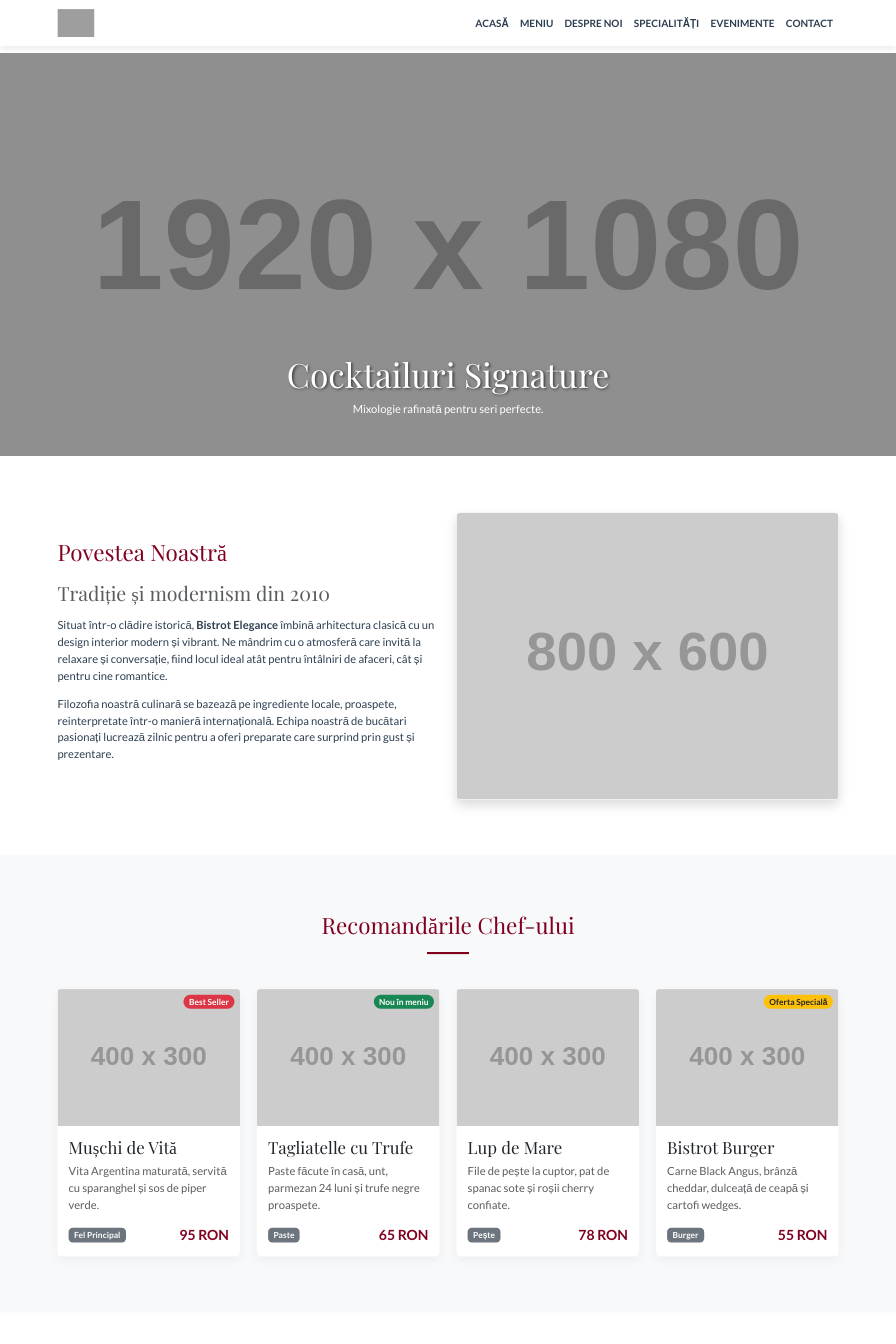
Repository: 912-Comsa-Teodora/bistrot-restaurant
Page: restaurant/index.html
These files come from the project's save history. The page is drawn as it stood at one moment and after the next save; the edit follows.
The browser window is 1280 px wide. The pictures show the part of the page from y = 0 to 1920 px (the page is 3056 px tall), at 70% of full size.
Pictures or frames that could not be fetched are drawn as grey boxes.

Above is the page before, as saved 2026-01-04 21:12:20.

After the next save:
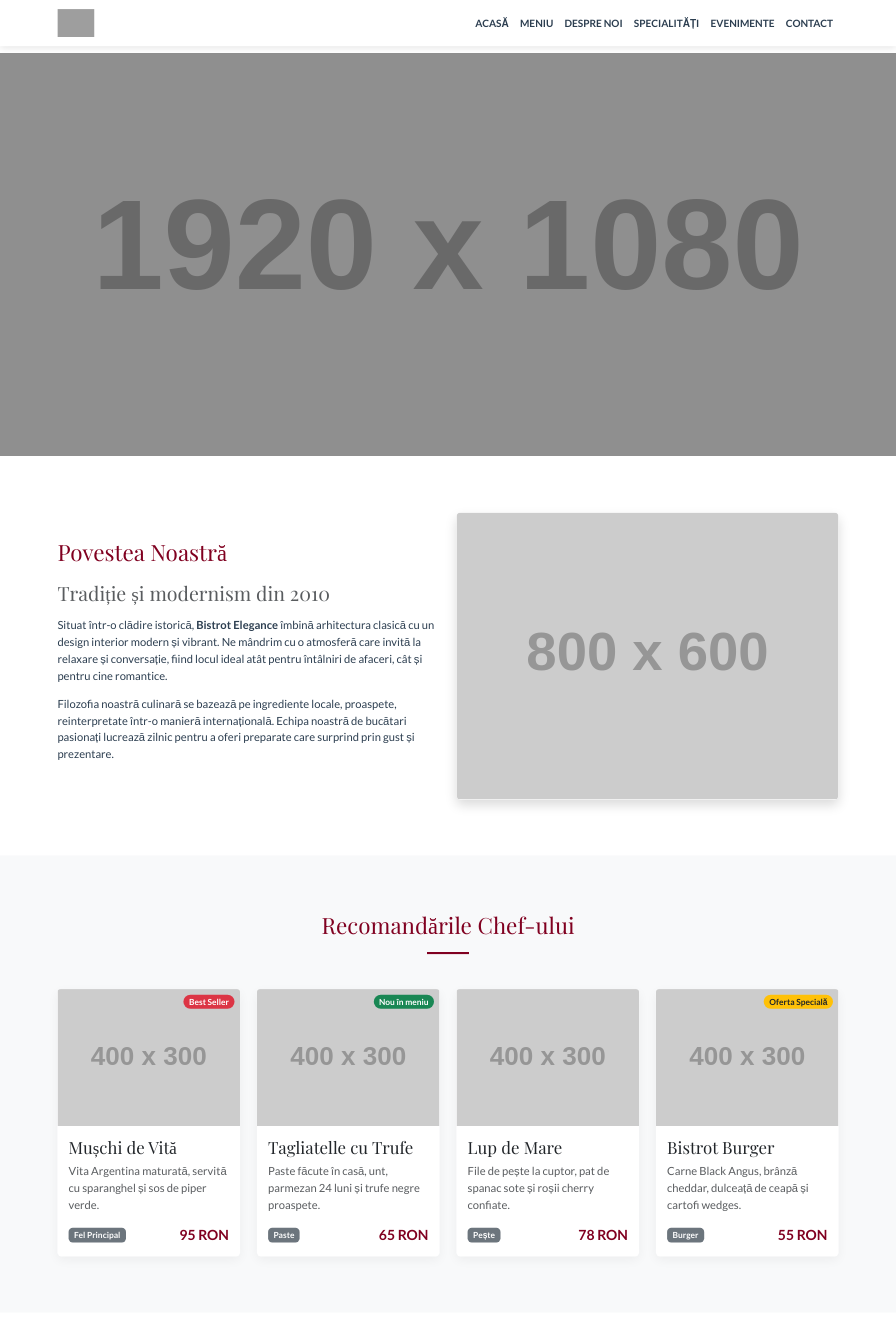
Saved 81 s later.
--- a/restaurant/index.html
+++ b/restaurant/index.html
@@ -172,27 +172,27 @@
 
         <div id="heroCarousel" class="carousel slide" data-bs-ride="carousel">
             <div class="carousel-inner">
-                <div class="carousel-item active" data-bs-interval="4000">
+                <div class="carousel-item active" data-bs-interval="2000">
                     <img src="pictures/appetizer-basil-caprese.jpg" class="d-block w-100" alt="Interior restaurant seara cu lumini ambientale">
                     <div class="carousel-caption d-none d-md-block">
                         <h2>Bun venit la Bistrot Elegance</h2>
                         <p>O experiență culinară de neuitat în inima orașului.</p>
                     </div>
                 </div>
-                <div class="carousel-item" data-bs-interval="4000">
+                <div class="carousel-item" data-bs-interval="2000">
                     <img src="https://placehold.co/1920x1080/444/fff?text=Bar+Cocktails" class="d-block w-100" alt="Barman preparând cocktailuri signature">
                     <div class="carousel-caption d-none d-md-block">
                         <h2>Cocktailuri Signature</h2>
                         <p>Mixologie rafinată pentru seri perfecte.</p>
                     </div>
                 </div>
-                <div class="carousel-item" data-bs-interval="4000">
+                <div class="carousel-item" data-bs-interval="2000">
                     <img src="https://placehold.co/1920x1080/555/fff?text=Platou+Gourmet" class="d-block w-100" alt="Platou cu specialitati culinare gourmet">
                 </div>
-                <div class="carousel-item" data-bs-interval="4000">
+                <div class="carousel-item" data-bs-interval="2000">
                     <img src="https://placehold.co/1920x1080/666/fff?text=Terasa+Vara" class="d-block w-100" alt="Terasa exterioara plina de verdeata">
                 </div>
-                <div class="carousel-item" data-bs-interval="4000">
+                <div class="carousel-item" data-bs-interval="2000">
                     <img src="https://placehold.co/1920x1080/777/fff?text=Deserturi+Fine" class="d-block w-100" alt="Deserturi facute in casa">
                 </div>
             </div>

After the save that followed:
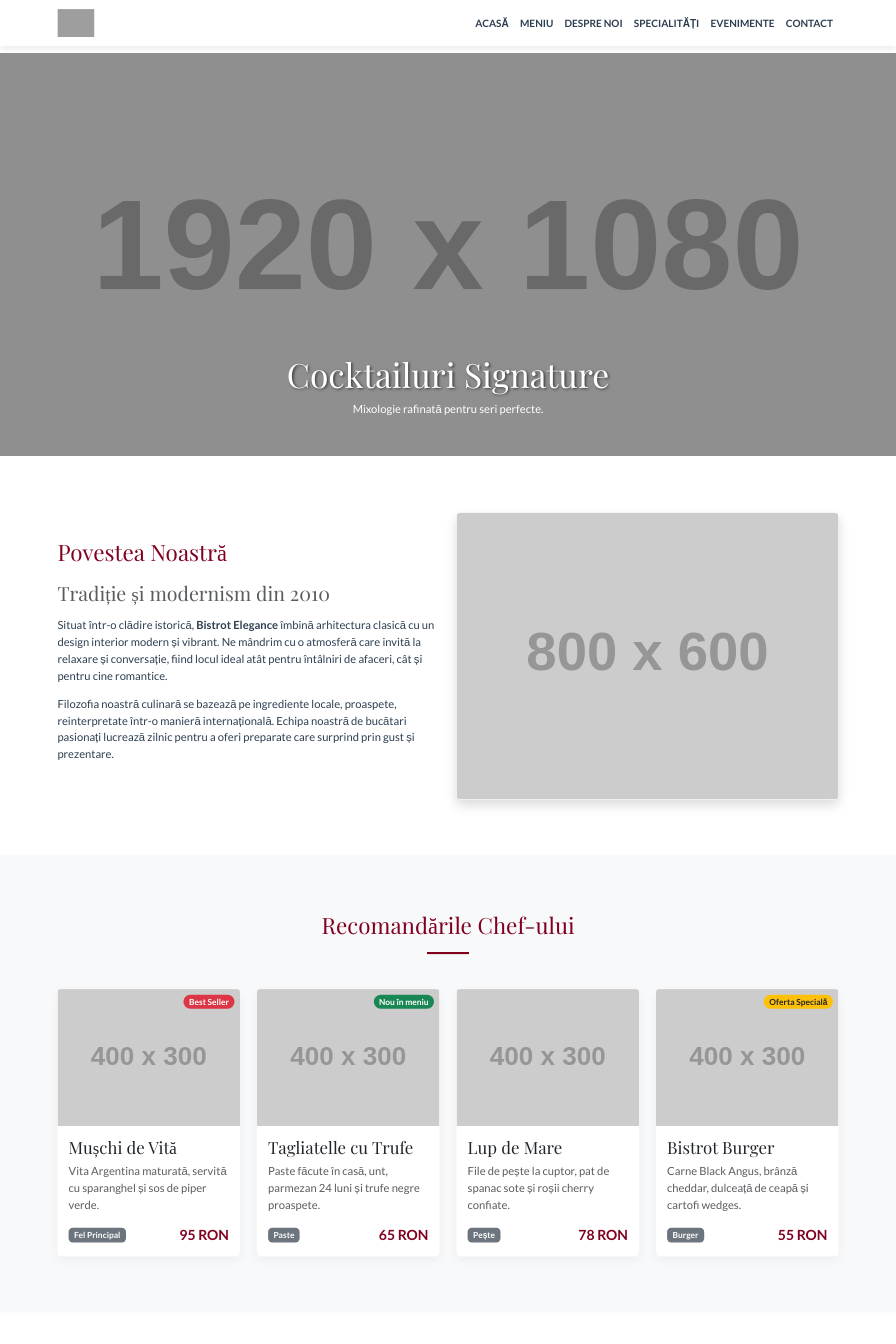
Saved 27 s later.
--- a/restaurant/index.html
+++ b/restaurant/index.html
@@ -172,27 +172,27 @@
 
         <div id="heroCarousel" class="carousel slide" data-bs-ride="carousel">
             <div class="carousel-inner">
-                <div class="carousel-item active" data-bs-interval="2000">
+                <div class="carousel-item active" data-bs-interval="3000">
                     <img src="pictures/appetizer-basil-caprese.jpg" class="d-block w-100" alt="Interior restaurant seara cu lumini ambientale">
                     <div class="carousel-caption d-none d-md-block">
                         <h2>Bun venit la Bistrot Elegance</h2>
                         <p>O experiență culinară de neuitat în inima orașului.</p>
                     </div>
                 </div>
-                <div class="carousel-item" data-bs-interval="2000">
+                <div class="carousel-item" data-bs-interval="3000">
                     <img src="https://placehold.co/1920x1080/444/fff?text=Bar+Cocktails" class="d-block w-100" alt="Barman preparând cocktailuri signature">
                     <div class="carousel-caption d-none d-md-block">
                         <h2>Cocktailuri Signature</h2>
                         <p>Mixologie rafinată pentru seri perfecte.</p>
                     </div>
                 </div>
-                <div class="carousel-item" data-bs-interval="2000">
+                <div class="carousel-item" data-bs-interval="3000">
                     <img src="https://placehold.co/1920x1080/555/fff?text=Platou+Gourmet" class="d-block w-100" alt="Platou cu specialitati culinare gourmet">
                 </div>
-                <div class="carousel-item" data-bs-interval="2000">
+                <div class="carousel-item" data-bs-interval="3000">
                     <img src="https://placehold.co/1920x1080/666/fff?text=Terasa+Vara" class="d-block w-100" alt="Terasa exterioara plina de verdeata">
                 </div>
-                <div class="carousel-item" data-bs-interval="2000">
+                <div class="carousel-item" data-bs-interval="3000">
                     <img src="https://placehold.co/1920x1080/777/fff?text=Deserturi+Fine" class="d-block w-100" alt="Deserturi facute in casa">
                 </div>
             </div>
